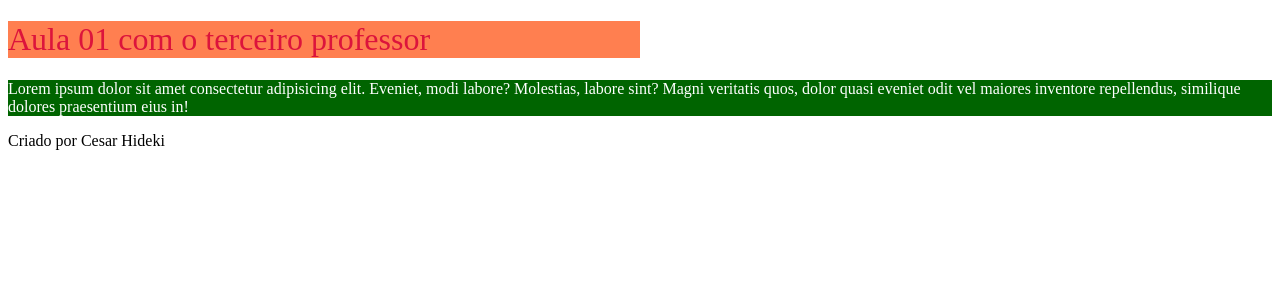
Repository: geracao-11/aula-01-pt2
Page: index.html
An editor plug-in stored every save of this project. The page is shown before and after the next save, followed by the edit.
The browser window is 1280 px wide. The pictures show the whole page.

Above is the page before, as saved 2025-04-09 10:21:36.

### index.html
<!DOCTYPE html>
<html lang="en">
  <head>
    <meta charset="UTF-8" />
    <meta name="viewport" content="width=device-width, initial-scale=1.0" />
    <title>AULA 01</title>
    <link rel="stylesheet" href="style.css" />
  </head>
  <body>
    <header></header>
    <main>
      <h1>Aula 01 com o terceiro professor</h1>
      <div>
        <p>Lorem ipsum dolor sit amet consectetur adipisicing elit. Eveniet, modi labore? Molestias, labore sint? Magni veritatis quos, dolor quasi eveniet odit vel maiores inventore repellendus, similique dolores praesentium eius in!</p>
      </div>
    </main>
    <footer>Criado por Cesar Hideki</footer>
  </body>
</html>

### style.css
h1 {
    font-size: xx-large;
    font-weight: lighter;
    color: crimson;
    background-color: coral;
    width: 50%;
}

div {
    max-width: fit-content;
    background-color: darkgreen;
    color: white;
}

After the next save:
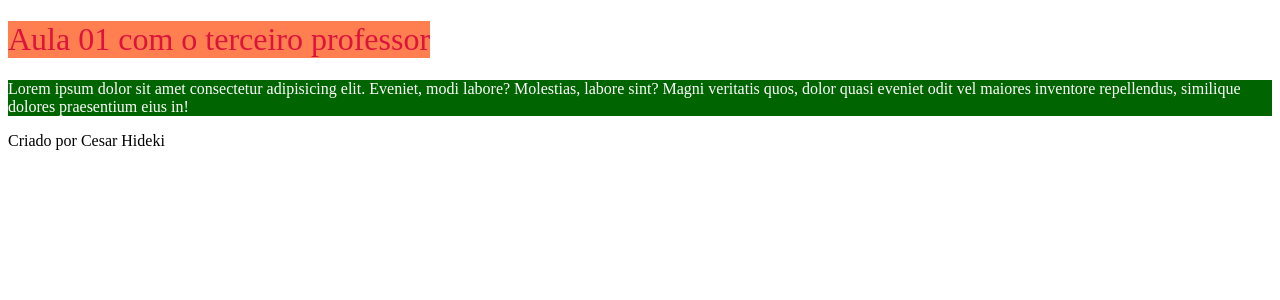
Saved 7 s later.
--- a/style.css
+++ b/style.css
@@ -4,6 +4,8 @@ h1 {
     color: crimson;
     background-color: coral;
     width: 50%;
+    max-width: fit-content;
+
 }
 
 div {
